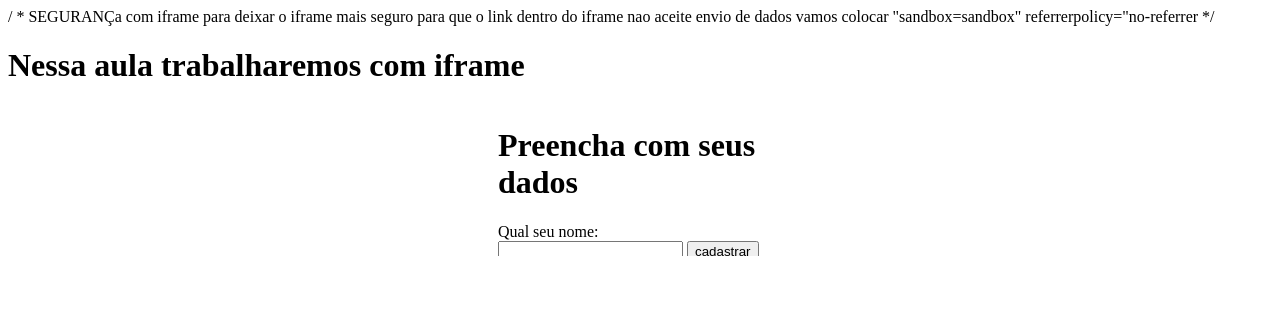
Repository: Lucianorodriguesdev/cursoHTML-CSS
Page: ex024/segurança.html
These files come from the project's save history. The page is drawn as it stood at one moment and after the next save; the edit follows.
The browser window is 1280 px wide. The pictures show the whole page.

Above is the page before, as saved 2026-07-01 12:21:11.

### ex024/segurança.html
<!DOCTYPE html>
<html lang="pt-br">
<head>
    <meta charset="UTF-8">
    <meta name="viewport" content="width=device-width, initial-scale=1.0">
    <title>Iframe</title>
  <style>
    iframe{
        display: block;
        margin: auto;
        margin-bottom: 10px;
    }
  </style>
</head>
<body>
    / *
    SEGURANÇa com iframe

    para deixar o iframe mais seguro para que o link dentro do iframe nao aceite envio de dados
    vamos colocar "sandbox=sandbox" referrerpolicy="no-referrer

    */

       <h1>
        Nessa aula trabalharemos com iframe
    </h1>
    <iframe src="pag005.html" frameborder="0" sandbox="sandbox allow-forms allow-scripts a" referrerpolicy="no-referrer"></iframe>
</body>
</html>

### ex024/pag005.html
<!DOCTYPE html>
<html lang="pt-br">
<head>
    <meta charset="UTF-8">
    <meta name="viewport" content="width=device-width, initial-scale=1.0">
    <title>formulario</title>
</head>
<body>
    <H1>Preencha com seus dados</H1>
    <form action="cadastro.php" method="get">
        <label for="cadastro">Qual seu nome:
        </label>
        <input type="text" name="cadasteo" id="cadastro">
        <input type="submit" value="cadastrar">
    </form>
</body>
</html>

After the next save:
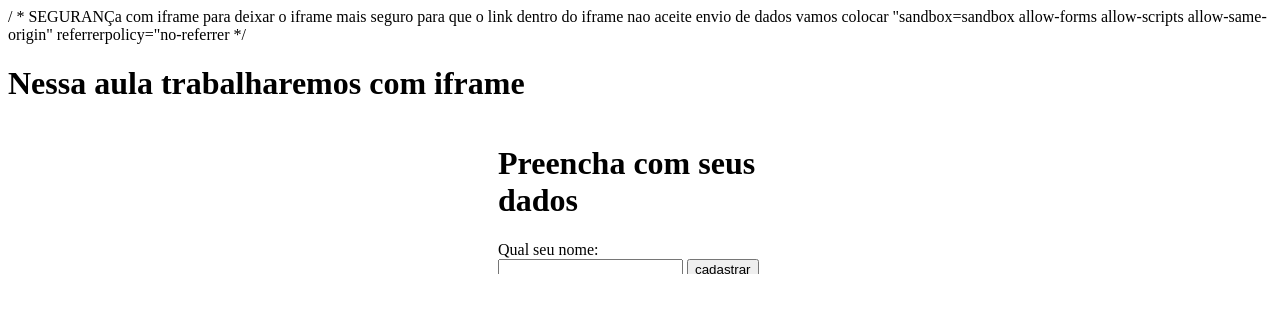
Saved 32 s later.
--- a/ex024/segurança.html
+++ b/ex024/segurança.html
@@ -17,13 +17,15 @@
     SEGURANÇa com iframe
 
     para deixar o iframe mais seguro para que o link dentro do iframe nao aceite envio de dados
-    vamos colocar "sandbox=sandbox" referrerpolicy="no-referrer
+    vamos colocar "sandbox=sandbox allow-forms allow-scripts allow-same-origin"
+
+    referrerpolicy="no-referrer
 
     */
 
        <h1>
         Nessa aula trabalharemos com iframe
     </h1>
-    <iframe src="pag005.html" frameborder="0" sandbox="sandbox allow-forms allow-scripts a" referrerpolicy="no-referrer"></iframe>
+    <iframe src="pag005.html" frameborder="0" sandbox="sandbox allow-forms allow-scripts allow-same-origin" referrerpolicy="no-referrer"></iframe>
 </body>
 </html>
